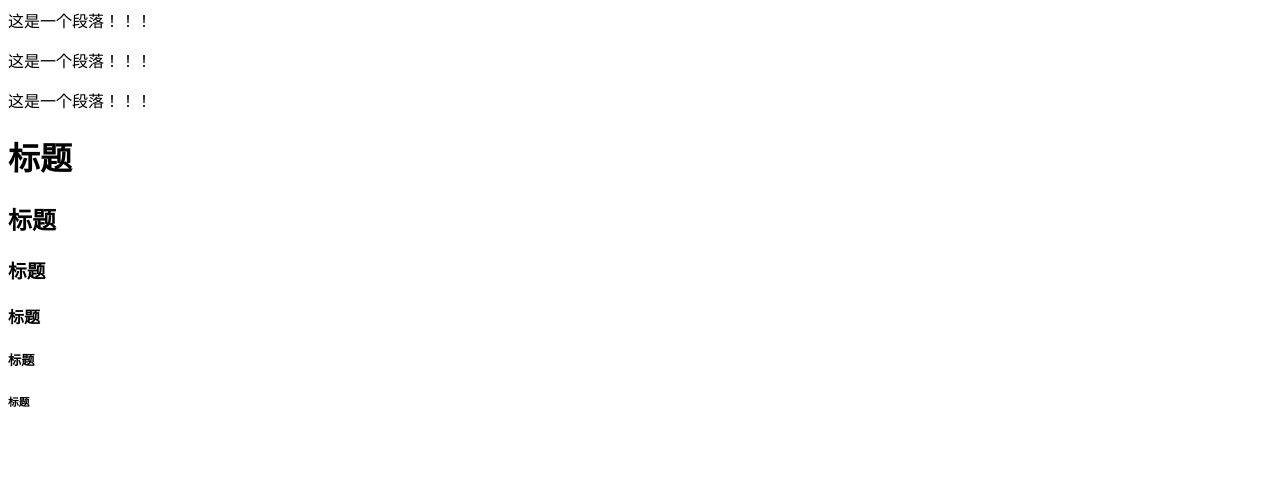
Repository: 1325718308/-
Page: js-demo/demo8.html
The author's editor kept a copy of each file at every save. The page is drawn from the files as they stood at one save, then again after the next save.
The browser window is 1280 px wide. The pictures show the whole page.

Above is the page before, as saved 2019-05-10 10:00:45.

### js-demo/demo8.html
<html lang="en"> <!--lang  告诉搜索引擎爬虫，我们的网站是关于什么内-->
    <head>
        <meta charset="utf-8">
        <title>demo8</title>
    </head>
    <body>
        <p>这是一个段落！！！</p><!--段落标签-->
        <p>这是一个段落！！！</p>
        <p>这是一个段落！！！</p>

        <h1>标题</h1> <!--标题标签-->
        <h2>标题</h2>
        <h3>标题</h3>
        <h4>标题</h4>
        <h5>标题</h5>
        <h6>标题</h6>
    </body>
</html>

After the next save:
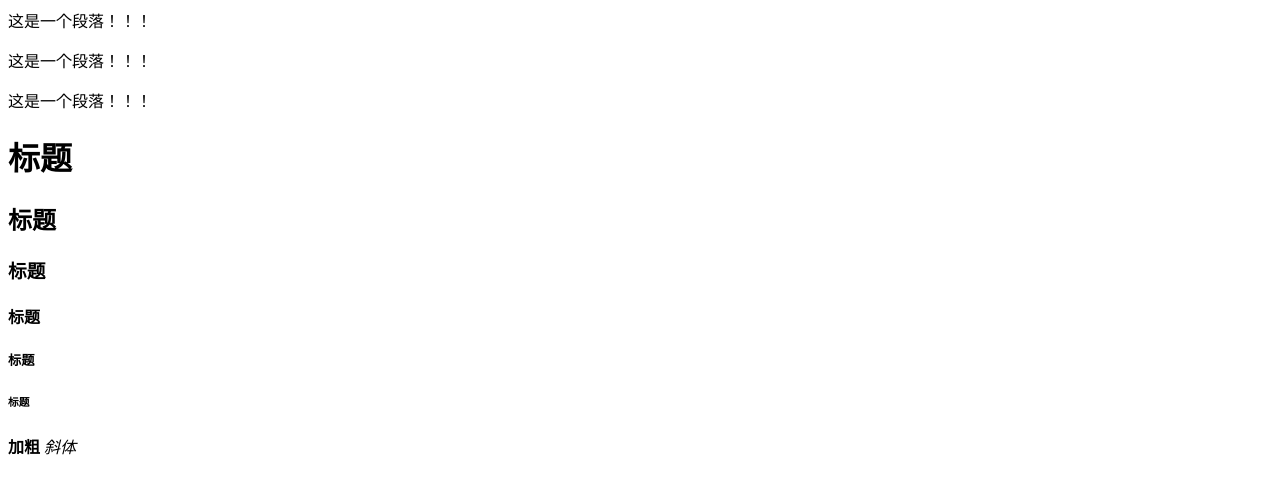
Saved 78 s later.
--- a/js-demo/demo8.html
+++ b/js-demo/demo8.html
@@ -14,5 +14,9 @@
         <h4>标题</h4>
         <h5>标题</h5>
         <h6>标题</h6>
+
+        <strong>加粗</strong>
+
+        <em>斜体</em>
     </body>
 </html>
